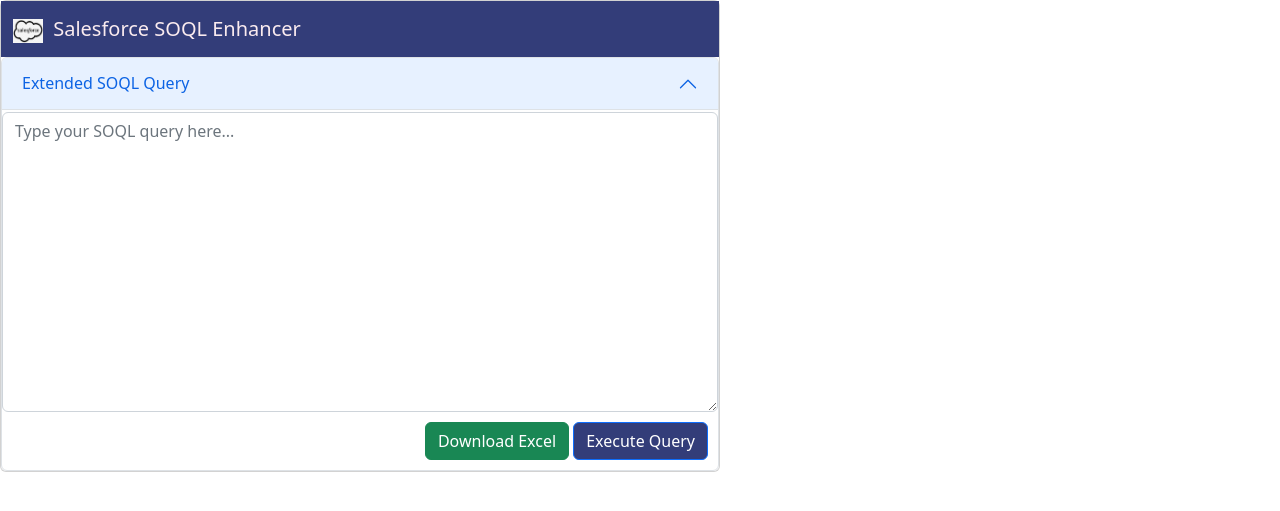
Repository: anweshpargi/salesforceExtension
Page: popup.html
An editor plug-in stored every save of this project. The page is shown before and after the next save, followed by the edit.
The browser window is 1280 px wide. The pictures show the whole page.

Above is the page before, as saved 2023-08-27 00:51:26.
Not found: js/jsforce.js

### popup.html
<!DOCTYPE html>
<html lang="en">

<head>
    <meta charset="UTF-8">
    <meta http-equiv="X-UA-Compatible" content="IE=edge">
    <meta name="viewport" content="width=device-width, initial-scale=1.0">
    <link rel="stylesheet" href="bootstrap/css/bootstrap.min.css">

    <script src="bootstrap/js/bootstrap.min.js" type="text/javascript"></script>
    <script src="js/jsforce.js" type="text/javascript"></script>
    <!-- JavaScript Bundle with Popper -->

    <title> Salesforce Test Class Data Generator</title>
</head>


<body style="width: 720px">
    <div class="card">
        <nav class="navbar" style="background-color: #333D79FF;">
            <div class="container-fluid">
                <a class="navbar-brand" style="color: #FAEBEFFF;" href="#">
                    <img src="/icon.png" alt="Logo" width="30" height="24" style="margin-right: 5px;"
                        class="d-inline-block">
                    Salesforce SOQL Enhancer
                </a>
            </div>
        </nav>

        <div class="accordion" id="accordionExample">
            <div class="accordion-item">
                <h2 class="accordion-header" id="headingOne">
                    <button class="accordion-button" type="button" data-bs-toggle="collapse"
                        data-bs-target="#collapseOne" aria-expanded="true" aria-controls="collapseOne">
                        Extended SOQL Query
                    </button>
                </h2>
                <div id="collapseOne" class="accordion-collapse collapse show" aria-labelledby="headingOne"
                    data-bs-parent="#accordionExample">

                    <div class="">
                        <textarea style="margin-top: 2px; height: 300px;" class="form-control"
                            placeholder="Type your SOQL query here..." id="floatingtextarea"></textarea>
                    </div>
                    <div style="text-align: right; margin: 10px;">
                        <span id="loader" style="display: none;">
                            <span class="spinner-border text-primary"  role="status"></span>
                            <span > &nbsp; Processing wait... </span>
                        </span>
                        <span>
                            <button class="btn btn-success"   id="downloadExcel" type="">Download Excel</button>
                        </span>
                        <button class="btn btn-primary" style="background-color: #333D79FF;"  id="getbutton" type="">Execute Query</button>
                    </div>
                </div>

            </div>
        </div>
    </div>

</body>
<script type="text/javascript" src="js/popup.js"></script>
<script type="text/javascript" src="js/xlsx.full.min.js"></script>

</html>

### js/popup.js
//store connection... con object
var conn = undefined;
var inputQuery = undefined;

console.log('popup js loaded succesfully')
document.querySelector('#getbutton').addEventListener('click', () => {
  console.log('XLSX ' + XLSX);
  console.log('method invoked on button click')
  chrome.tabs.query({ active: true, currentWindow: true }, (tabs) => {
    console.log('inside tabs query')
    var tab = tabs[0]
    var instanceUrl = tab.url.split('.')[0] + '.my.salesforce.com'
    console.log(tab)
    var domainUrl = new URL(tab.url)
    var sessionId = undefined
    if (
      tab.url &&
      (tab.url.includes('.lightning.force.com') ||
        tab.url.includes('.salesforce.com'))
    ) {
      var port = chrome.runtime.connect({ name: 'knockknock' })
      port.postMessage({ host: instanceUrl.replace('https://', '') })
      port.onMessage.addListener(function (msg) {
        console.log('response from backgroundjs' + msg.ssid)
        sessionId = msg.ssid
        if (sessionId) {
          console.log('session id received  ', sessionId)
          conn = new jsforce.Connection({
            serverUrl: instanceUrl,
            instanceUrl: instanceUrl,
            sessionId: sessionId,
            version: '50.0',
          }) //jsforce
          console.log('connection', conn)
          getQueryInput()
        } else {
          alert('Salesforce Session Not found')
        }
      })
    } else {
      alert(
        'Not a Salesforce Domain!, Keep Salesforce Tab Active and Run again',
      )
    }
  })
})

function getQueryInput() {
  try {
    if (conn) {
      inputQuery = document
        .querySelector('#floatingtextarea')
        .value.replace(/\s\s+/g, ' ')
        .trim()
      console.log('Input query by user >> ' + inputQuery)
      processQuery(inputQuery);
    } else {
      alert('Connection not available')
    }
  } catch (error) {
    alert('Something went wrong ' + error.name)
  }
}

var records = [];
var processedQueries = [];

async function processQuery(query) {
  records = [];
  processedQueries = [];
  try {
    isDisableExecute(true);
    showDownloadExcel(false);
    showSpinner(true);
    var match = query.match(/\(([^)]+)\)/i)
    if (match && query.length > 4000) {
      console.log('match and lenght pass');
      var valuesString = match[1];
      console.log('valuesString>> ' + valuesString);
      var valuesList = valuesString.split(',');

      var batchSize = 100;

      for (let i = 0; i < valuesList.length; i += batchSize) {
        // Slice a batch of values
        var batch = valuesList.slice(i, i + batchSize);
        // Join batch values with commas to create a new values string
        var batchValuesString = batch.join(',');

        // Replace values within parentheses with the batch values
        var modifiedQuery = query.replace(valuesString, batchValuesString);
        //console.log('modifiedQurery  >>' + modifiedQuery);
        // Store the modified query in the processedQueries array
        processedQueries.push(modifiedQuery);
        console.log('count ' + i);
        await executeQueryToDatabase(modifiedQuery);
      }
      console.log('final records length ' + records.length);
      console.log('records stingify ' + JSON.stringify(records));
      showSpinner(false);
      showDownloadExcel(true);
      isDisableExecute(false);
      //return processedQueries;
      //executeQueryToDatabase(query);
    } else {
      executeQueryToDatabase(query);
      showSpinner(false);
      showDownloadExcel(true);
      isDisableExecute(false);
    }
  } catch (error) {
    showSpinner(false);
    isDisableExecute(false);
    showDownloadExcel(false);
    alert(error.name)
    console.log(error)
  }
}

async function executeQueryToDatabase(inputQuery) {
  console.log('modified Query ' + inputQuery);
  var query = await conn
    .query(inputQuery)
    .on('record', function (record) {
      // console.log('@@ records push' + record.length)
      let { attributes, ...rec } = record;
      records.push(rec);
      // console.log('records output' + records)
    })
    .on('end', function () {
      console.log('@@ total in database : ' + query.totalSize)
      console.log('@@ total fetched : ' + query.totalFetched)
    })
    .on('error', function (err) {
      alert('ERROR NAME: ' + err.name)
      console.error(err)
    })
    .run({ autoFetch: true, maxFetch: 100000 })
}


document.querySelector('#downloadExcel').addEventListener('click', function() {
  console.log('clicked button excel');
  const exportButton = document.getElementById('downloadExcel');
  console.log('exportButton  ' + exportButton);
  console.log('XLSX' + XLSX);

  // const data = [
  //   { Name: 'John', Age: 30 },
  //   { Name: 'Jane', Age: 25 }
  // ];


  const ws = XLSX.utils.json_to_sheet(records);
  const wb = XLSX.utils.book_new();
  XLSX.utils.book_append_sheet(wb, ws, 'Sheet1');

  // Convert the workbook to an ArrayBuffer
  const wbArrayBuffer = XLSX.write(wb, { bookType: 'xlsx', type: 'array' });

  // Create a Blob from the ArrayBuffer
  const blob = new Blob([wbArrayBuffer], {
    type: 'application/vnd.openxmlformats-officedocument.spreadsheetml.sheet'
  });

    const url = URL.createObjectURL(blob);

    const a = document.createElement('a');
    a.href = url;
    const currentDatetime = new Date().toISOString().replace(/[-:.]/g, '');

    const encodedFileName = encodeURIComponent(`exported_data_${currentDatetime}.xlsx`);

    a.download = encodedFileName;
    a.click();

    // Clean up
    setTimeout(function() {
      URL.revokeObjectURL(url);
    }, 0);

});

function showSpinner(isShow){
  if(isShow){
    document.getElementById('downloadExcel').style.display = "inline";
  }else{
    document.getElementById('downloadExcel').style.display = "none";
  }
}

function showDownloadExcel(isShow){
  if(isShow){
    document.getElementById('downloadExcel').style.display = "inline";
  }else{
    document.getElementById('downloadExcel').style.display = "none";
  }
}

function isDisableExecute(isDisable){
    document.getElementById('getbutton').disabled = isDisable;
}

Loaded but not shown: bootstrap/css/bootstrap.min.css (library); bootstrap/js/bootstrap.min.js (library); js/xlsx.full.min.js (library)

After the next save:
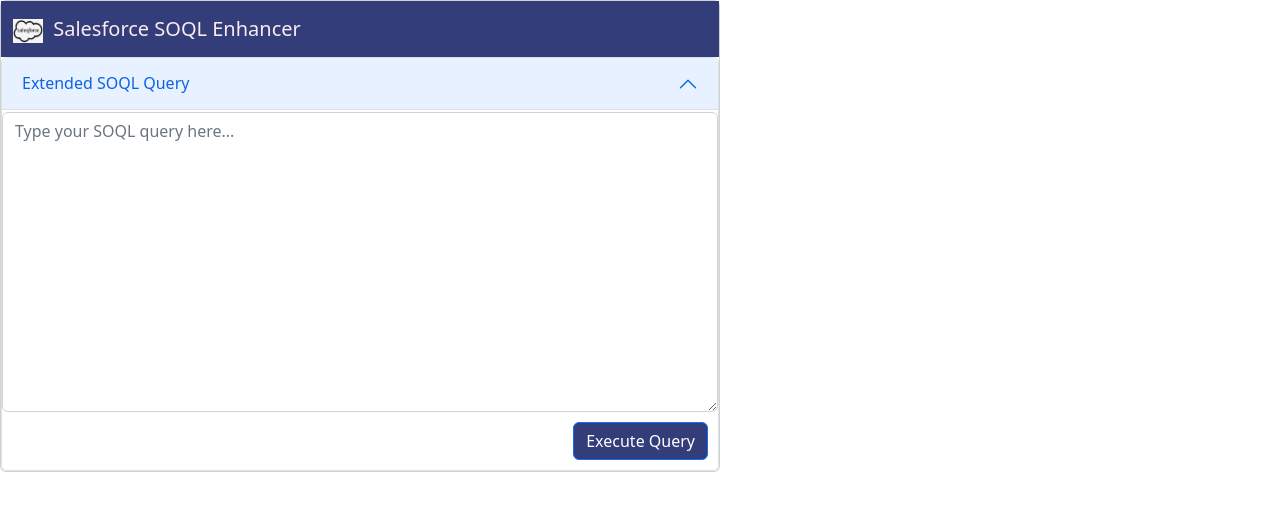
Saved 3 min 34 s later.
--- a/popup.html
+++ b/popup.html
@@ -48,7 +48,7 @@
                             <span > &nbsp; Processing wait... </span>
                         </span>
                         <span>
-                            <button class="btn btn-success"   id="downloadExcel" type="">Download Excel</button>
+                            <button class="btn btn-success"  style="display: none;" id="downloadExcel" type="">Download Excel</button>
                         </span>
                         <button class="btn btn-primary" style="background-color: #333D79FF;"  id="getbutton" type="">Execute Query</button>
                     </div>
